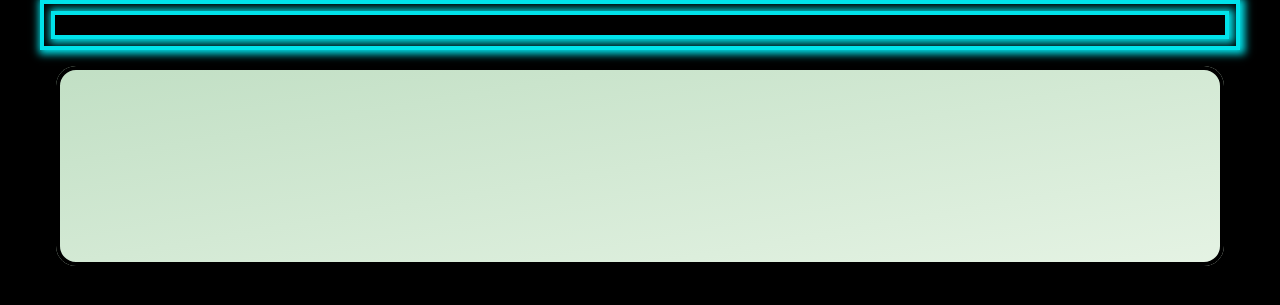
Repository: KhangNguyen3006/WebUI-UX
Page: /
The author's editor kept a copy of each file at every save. The page is drawn from the files as they stood at one save, then again after the next save.
The browser window is 1280 px wide. The pictures show the whole page.
The project was rebuilt for these pictures with package versions that can differ from the ones it lists, and the page was loaded fresh each time. Also part of the build but not shown: src/App.css.

Above is the page before, as saved 2023-05-03 23:56:34.

### src/index.js
import React from 'react';
import ReactDOM from 'react-dom';
import './index.css';
import App from './App';
import reportWebVitals from './reportWebVitals';
import 'bootstrap/dist/css/bootstrap.min.css';
import './assets/css/Custom.css';

const root = ReactDOM.createRoot(document.getElementById('root'));
root.render(
  <React.StrictMode>
    <App />
  </React.StrictMode>
);

// If you want to start measuring performance in your app, pass a function
// to log results (for example: reportWebVitals(console.log))
// or send to an analytics endpoint. Learn more: https://bit.ly/CRA-vitals
reportWebVitals();

### src/App.js

import './App.css';
import HomePage from './pages/HomePage';

function App() {
  return (
    <div>
      <HomePage />
    </div>
  );
}

export default App

### src/assets/css/Custom.css
@import url(Home.css);

body {
    margin: auto;
    padding: auto;
    background-color: #000;
}

* {
    box-sizing: border-box;
    width: auto;
    margin: auto;
    padding: 0;
}

### src/pages/HomePage.jsx
import React, { Component } from 'react'
import Home from '../components/home/Home'


class HomePage extends Component {
  render() {
    return (
      <div>
        <Home />
      </div>
    )
  }
}

export default HomePage

### src/assets/css/Home.css
.rectangle {
    border: 4px solid #00E2EA;
    padding: 7px;
    box-shadow: 2px 1px 8px 3px #00E2EA;
}

.rectangle-mini {
    border: 4px solid #00E2EA;
    padding: 10px;
    box-shadow: 2px 1px 8px 3px #00E2EA;
}

.rectangle-linear-gradient {
    height: 200px;
    border-radius: 20px;
    box-shadow: 2px 2px 5px rgba(225, 225, 225, 1);
    box-shadow: inset 0 0 0 4px black;
    background-image: linear-gradient(to bottom right, #C1DFC4, #E5F3E4);
}

.w-1200 {
    width: 1200px;
}

### src/components/home/Home.jsx
import React, { Component } from 'react'

class Home extends Component {
    render() {
        return (
            <div className='w-1200'>
                <div className="rectangle">
                    <div className="rectangle-mini">
                    </div>

                </div>

                <div className="rectangle-linear-gradient p-2 m-3">

                </div>
            </div>
        )
    }
}

export default Home

Loaded but not shown: public/index.html (common file); src/index.css (common file); src/reportWebVitals.js (common file)

After the next save:
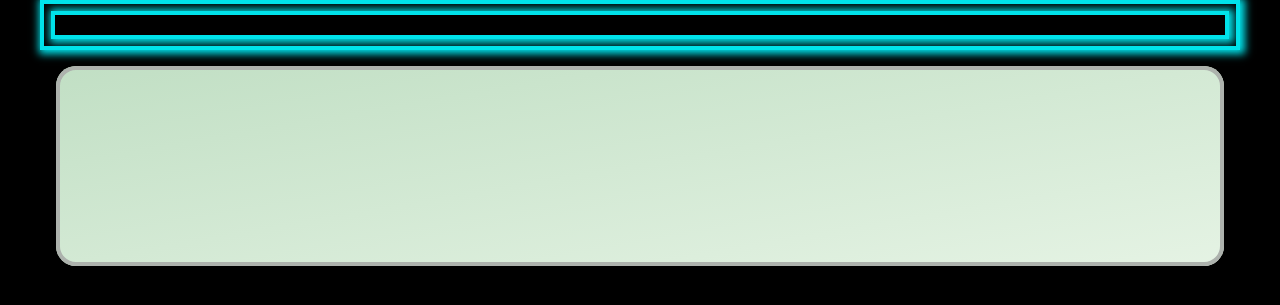
Saved 58 s later.
--- a/src/assets/css/Home.css
+++ b/src/assets/css/Home.css
@@ -14,7 +14,7 @@
     height: 200px;
     border-radius: 20px;
     box-shadow: 2px 2px 5px rgba(225, 225, 225, 1);
-    box-shadow: inset 0 0 0 4px black;
+    box-shadow: inset 0 0 0 4px #ADB2AD;
     background-image: linear-gradient(to bottom right, #C1DFC4, #E5F3E4);
 }
 
